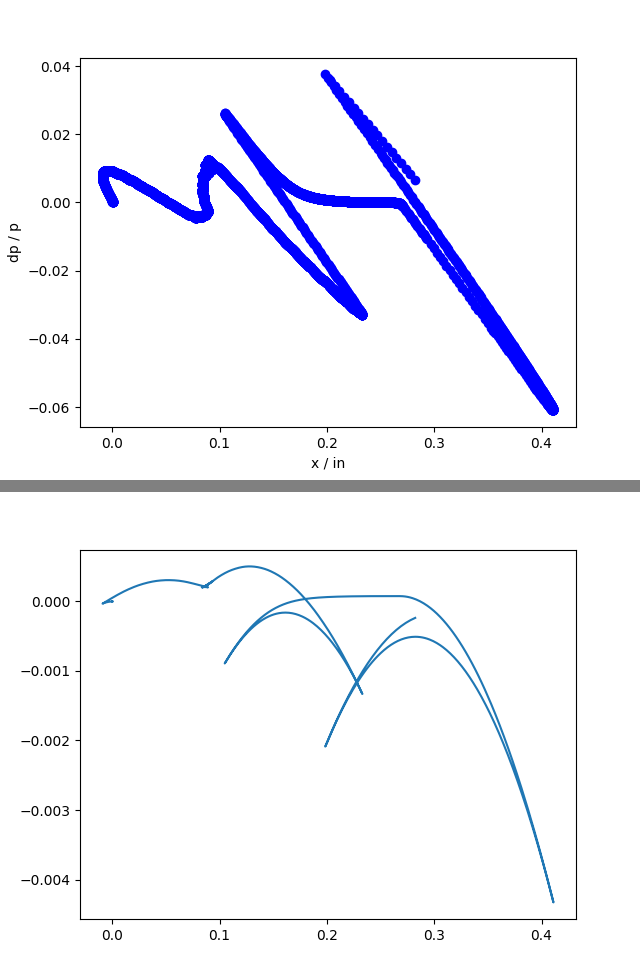
Repository: leiradom/Modified-linear-theory
Script's output: python 3_Shock_correction.py
These files come from the project's save history. The script's output is drawn as it stood at one moment and after the next save; the edit follows.
Each picture stacks the figures in order, with grey between them; figures that are only written to a file come last. Random numbers start from a fixed seed.

Above is the script's output before, as saved 2021-04-14 15:15:21.

### 3_Shock_correction.py
'''
激波修正
本程序用于修正激波的非线性扭曲效应，修正方法为HB方法
'''

import math
import numpy as np
import matplotlib.pyplot as plt

pressure = np.loadtxt("pressureDWB1.txt",dtype=np.float64)   #存放未修正的压力信号
a = len(pressure)                                              #未加点时的点数

X = np.ones(a,dtype=np.float64)     #存放x的数组 用于加点用的横坐标数组
Y = np.ones(a,dtype=np.float64)     #存放y的数组 用于加点用的纵坐标数组
X1 = np.zeros(1,dtype=np.float64)
Y1 = np.zeros(1,dtype=np.float64)
b0 = 20                             #每一个 较大的距离之间增加的点数
x0 = np.zeros(b0+1,dtype=np.float64)
y0 = np.zeros(b0+1,dtype=np.float64)

#先将未修正压力信号存入X,Y中
for i in range(0,a):
    c = pressure[i][0]
    d = pressure[i][1]
    #ca = cau[i][1]
    X[i] = c
    Y[i] = d
'''
#没问题
X0 = X
Y0 = Y
'''

#------------1先找出第一个强间断的地方,已经核实，l0没有问题
for i0 in range(0,a-1):
    if(math.sqrt((X[i0+1] - X[i0])**2 + (Y[i0+1] - Y[i0])**2) >0.3):   #1.3
    #if((X[i+1] - X[i]) * (Y[i+1] - Y[i])):
        #px = i0                            #记录此时的i
        #print(px,X[i0])
        l00 = math.sqrt((X[i0+1] - X[i0])**2 + (Y[i0+1] - Y[i0])**2)
        l0 = l00 / 20                     #判断是否要插值的距离 只要大于20倍的最大距离，就要增加点数
        #h0 = ((X[i0+1] - X[i0])/(b0))
        #k0 = ((Y[i0+1] - Y[i0])/(X[i0+1] - X[i0]))  #两点间的斜率
        '''
        #x0[0] = X[i0]
        #y0[0] = Y[i0]
        for j in range(1,b0):
            x0[j] = x0[j-1] + h0
            y0[j] = y0[j-1] + k0 * (x0[j] - x0[j-1])
            print(x0[j],y0[j])
        for k in range(1,b0):
            X = np.insert(X,i0+k,x0[k])
            Y = np.insert(Y,i0+k,y0[k])
        #print(Y[i0]+k0*h0)
        '''
        break
#------------print(l00) #检验是不是，验证了，就是

#print(l0)


#2---------------------给距离较大的地方都进行加点
for i in range(0,a-1):
    #li = math.sqrt((X[i+1] - X[i])**2 + (Y[i+1] - Y[i])**2)
    k0 = ((Y[i+1] - Y[i])/(X[i+1] - X[i]))  #两点间的斜率
    h0 = ((X[i+1] - X[i])/(b0))   #每一个都离散成b个点
    x0[0] = X[i]
    X1 = np.append(X1,x0[0])
    y0[0] = Y[i]
    Y1 = np.append(Y1,y0[0])
    for j in range(1,b0):
        x0[j] = x0[j-1] + h0
        X1 = np.append(X1,x0[j])
        y0[j] = y0[j-1] + k0 * (x0[j] - x0[j-1])
        Y1 = np.append(Y1,y0[j])
    #X1 = np.append(X1,x0)
    #Y1 = np.append(Y1,y0)
    #print(a)
    #p0 = i

a0 = (len(X1))

#-------积分部分----------
F = np.ones(a0, dtype=np.float64)
F[0] = 0
F[a-1] = 0
s = 0
for i in range(0,a0-1):
    #if(X[i+1]>X[i]):
    s0 = 0.5 * (X1[i+1] - X1[i]) * (Y1[i+1] + Y1[i])
    #s0 = (((Y0[j+1] + Y0[j]) * (X[j + 1] - X[j])) / (2))    #第(j+1)个梯形的面积
    s = s0 + s    #S为最后的积分
    F[i+1] = s    #是i+1不是i
    #print(X[i],Y[i])
    #if(X[i+1]<X[i])
#------积分部分-----------

#-------输出加点效果----------
print("加点前点数：",len(pressure),"加点后点数：",len(X))
#plt.scatter(X0,Y0,c='r')
plt.xlabel("x / in")
plt.ylabel("dp / p")
plt.plot(X1,Y1,'-o',c='b')
plt.show()

#--------积分图像作图---------
plt.plot(X1,F)
plt.show()

### pressureDWB1.txt
0.0007115032600000237 0.0
5.154679371188742e-05 0.0006033874920194954
-0.0018472419540954688 0.0017518117769489943
-0.0037804515977095665 0.002915379793204536
-0.0053113430238675985 0.003901943863145363
-0.006476433817975802 0.0047275703537594665
-0.00736462385255976 0.005431371394149529
-0.008234312480980388 0.006127032730793574
-0.008793838770986606 0.006686235071013718
-0.008945645022130466 0.007066056615283519
-0.008974369279842298 0.007391727262551626
-0.008980010479307299 0.007707242242176942
-0.008937523359841881 0.008001582683810878
-0.008844239288346767 0.008273574099515919
-0.008984047298016273 0.008648117248738022
-0.008801029092937784 0.008880629449800906
-0.00828384324761211 0.008966121676415492
-0.007751007085100459 0.009044727948612127
-0.00724774649296267 0.009136346290467858
-0.0067476597254134685 0.009229360988373911
-0.00610207482852454 0.009258362320846541
-0.005318059490853622 0.009226460228514043
-0.004708247221886341 0.009271199648484399
-0.004061335942763478 0.009299618305672417
-0.0032916184736572207 0.009274005824503889
-0.0025119255309360433 0.009244005853264608
-0.001750396110557717 0.009221995786489832
-0.0010093953225650543 0.0092090179379716
-0.0002952522937650359 0.009207856870707482
0.0005280470681789939 0.009158670936814564
0.001573148606245356 0.009011901344594843
0.0028001011004255005 0.008785123715243008
0.003990080038291155 0.00857461341383442
0.0049422926452781235 0.00846871124112648
0.005676724914224107 0.008458623278629477
0.0065333034840746596 0.00839479626245351
0.0076426241579539145 0.008219772375552258
0.008633742528097232 0.008096752341106602
0.009683457331327472 0.007947953536437515
0.010893203643739802 0.007728745939815432
0.012174374337350802 0.007478115348213648
0.013571686902486557 0.007176386532111425
0.014859941245572217 0.006922638537755352
0.016102386070846686 0.006689046221395772
0.01700505671092689 0.006604940535324971
0.01775226894880122 0.0065892290170360655
0.018716694889708063 0.006477953465227419
0.019913744890379337 0.006264333058536409
0.021269258970583182 0.005980992586411897
0.02282623627637481 0.005609018541659024
0.02425543970934263 0.005293259457453572
0.025375272446384378 0.005113611122592955
0.02646982206955606 0.004945085028098584
0.027777659271105093 0.004682722238115879
0.02917468012049529 0.004381122645210151
0.030378290437268918 0.00416461376166545
0.03136544817222109 0.004043337568388731
0.03243099782293335 0.0038875716233418133
0.03383698187593209 0.0035820268190156898
0.035027869907481635 0.003371116992657237
0.03603764120765096 0.003239891733914328
0.037231526958667494 0.0030276630307251064
0.03865112761978318 0.0027161274627011673
0.04030013132533661 0.0023036650378050446
0.04157826454535252 0.0020543708132625617
0.0430344730702974 0.00172672924734252
0.04442463658828788 0.0014281461663974866
0.04542403729475952 0.001301483554660103
0.046339889126749356 0.0012115786706313255
0.04742581317701455 0.0010468474836938075
0.04882959886057725 0.0007422711939925844
0.050505690130781544 0.0003178913225797754
0.051975972666446046 -1.5942245913822584e-05
0.05304161264805718 -0.0001717479329482429
0.05394966105327448 -0.000258219180920912
0.054967996461223634 -0.00039321450482021034
0.05626516343680754 -0.0006508823816076396
0.0578306731352608 -0.001026610778291447
0.05901761473846012 -0.0012357838938437083
0.06021733948837016 -0.001450583283165444
0.06168138277395829 -0.0017816700709928628
0.06311887944605388 -0.0021010778491666183
0.06429234524792304 -0.0023043239102233334
0.06526169899553802 -0.002417767500157436
0.06644469104740247 -0.0026252034108351007
0.06783342446795393 -0.0029231586259079487
0.06902318886870007 -0.0031335740995929264
0.07039123513747725 -0.003422426034329639
0.07160458229234867 -0.0036432187377291904
0.07239104040014821 -0.003676193791509071
0.07299724948213504 -0.003629869553145695
0.07361503159631178 -0.0035886369866965843
0.07483561215040824 -0.003812608577158832
0.07643775156628785 -0.004204454346288843
0.07769813008146531 -0.00444593852973972
0.07823860757386791 -0.004370691937685409
0.07832786408524217 -0.0040969292163357904
0.07855260691477917 -0.0038827755033527755
0.07931156489285218 -0.003903651158501158
0.08042398884293345 -0.004080041682860692
0.08148555435800686 -0.004234053007520243
0.08234574641497228 -0.004299471133577316
0.08328329388507838 -0.004398922551691739
0.08393245821382167 -0.004371493826465294
0.08406752575865706 -0.004117886570017566
0.08416973194078248 -0.0038498211865635548
0.08468352333983253 -0.0037628337793281855
0.08551841276334149 -0.003817119757300389
0.0861044121379334 -0.003761904494858006
0.08677295202273838 -0.0037430002404016238
0.08738554071237947 -0.0036994827745922797
0.0875492025022303 -0.003458455403881873
0.08745908633390698 -0.0031057727882358543
0.0876488102550077 -0.002876211714303639
0.08829982458712515 -0.0028496004363495918
0.0890681420155427 -0.0028745943157751177
0.08930484444020281 -0.0026657019069969597
0.0889648413894738 -0.0022030821237771026
0.08821432847570587 -0.0015598513176559076
0.08711039729846415 -0.0007611341114942156
0.08593917509597537 6.71919777233021e-05
0.08534888714982602 0.0006399271180663534
0.08524254421752386 0.0009997457820144049
0.08522222445280658 0.0013217207678768363
0.08522501217219236 0.0016335258640109002
0.08499957254880308 0.0020457423150855546
0.08431241259078315 0.0026611003511170035
0.08349402711377463 0.0033341892943825058
0.08358830787724758 0.0036057411055269626
0.08416244538988449 0.0036661790730844446
0.08449359461099792 0.0038335182238504184
0.0848813301128516 0.003975962111215997
0.08501094506139373 0.00423197181192609
0.08443279590899833 0.004799366367864228
0.08377423675013096 0.005402137674959175
0.08424591574890994 0.005507652856263278
0.08480593540463921 0.005574298597285172
0.0844998397743345 0.006022003549566481
0.08461198819292115 0.006285694746089625
0.0850122556514783 0.0064226246330961615
0.08476380250520066 0.006844985473279818
0.0842006071602307 0.007405800511274589
0.08409732335941522 0.007764272839596025
0.08456751459042156 0.007870439059615392
0.08527519050598464 0.00787212150402628
0.08623727658777491 0.007761873636930238
0.08719903818249441 0.0076517685311846845
0.08772690063730759 0.007732561716228966
0.08773668414571578 0.008041288944618565
0.0874045967776611 0.008500425703669228
0.08687366724052659 0.00904704507497505
0.08670717428064012 0.00943332690859197
0.08717610153624644 0.009540049227301645
0.08880942853562779 0.009134482167123186
0.09042200927726385 0.008738042631706992
0.08931475365624575 0.009538222460345637
0.08642445940939758 0.011122868066345935
0.08790925317570919 0.010782649696014135
0.09025082060338252 0.01006548513587665
0.0905743222174703 0.010236188928273682
0.0917279059089946 0.010041689761678758
0.09340936828383961 0.009614945058916049
0.09252807634478966 0.010315709892914264
0.0893907381939445 0.012009044949262944
0.08891656397021941 0.01253069424958536
0.08982628840924822 0.012443483413879316
0.09167091136231509 0.011944954573647304
0.09457782262924919 0.010979061305159032
0.09690545300941467 0.01026802848925234
0.09780482340410634 0.01018541701549996
0.09807984875681408 0.010377448426668842
0.10028854055179093 0.009718743837608552
0.1026761765479528 0.008981310947403575
0.10566992119143281 0.007977214461527698
0.1099464641160448 0.006408737969392603
0.11356676228902352 0.005128982956294359
0.11542458027952618 0.004624648826625856
0.117493411230149 0.004027477422769335
0.12187271489530593 0.002413790309256803
0.12888500835366912 -0.0003583071465731166
0.13355862619334224 -0.0021014807413967346
0.13664933753893715 -0.003148238703165996
0.13962542778817622 -0.00414456796072641
0.14233274437745702 -0.005022647543243984
0.14829922488506886 -0.007334629072530733
0.15062763451927708 -0.008046004729091304
0.1526919051795389 -0.008641169787335673
0.157449843042197 -0.010421440824368283
0.16106502044701 -0.011698942904006963
0.16318155235130305 -0.012317100822210266
0.1652677880410257 -0.01292192961609184
0.16768815432262285 -0.01367376252457751
0.16991089901712175 -0.014338649828127607
0.17433296723015046 -0.015971151634605146
0.17754106979767215 -0.01706955704519019
0.17903467476768642 -0.01741365199321474
0.1814098916627126 -0.01814562097496284
0.18408300500704067 -0.019008652495844797
0.18474077516971288 -0.018985013513493892
0.18916857112179952 -0.020619991300374264
0.19277750534764004 -0.021894746630629642
0.19413946470248467 -0.022180922766159388
0.19570872740252454 -0.022558304093479444
0.1971182759960678 -0.022865417593230585
0.19850139576150283 -0.02316090346423247
0.20064631690159251 -0.023791551512265405
0.20504106067178485 -0.025412031655285994
0.20622649359459377 -0.02562054321152636
0.20896786778534693 -0.026513606778365322
0.2122719885230976 -0.027654256348700196
0.21359685266632422 -0.027924112072772414
0.21530360762938583 -0.02836198450411557
0.2178883613492234 -0.02918614131947561
0.21737871474480686 -0.028648885588484226
0.22106829379966852 -0.029959121422398902
0.22414047798562786 -0.03099772817393897
0.2252596619100492 -0.031177092817001692
0.22638269223959717 -0.031358149724687305
0.22742622327365603 -0.031504230117712896
0.22982404008132595 -0.03224614215834017
0.23105758682273725 -0.03247582187300678
0.23308438459509195 -0.033054500357311584
0.23145093616476664 -0.03202281670973403
0.2216273961683367 -0.027387819901132714
0.20204470776349648 -0.018459187592051264
0.17731433598921054 -0.0072657802088215324
0.1561861089090627 0.0023428273855979516
0.14015210486240137 0.009710180318382087
0.1219865128219787 0.01801534682868325
0.10671198541976956 0.025048560372871193
0.10484129213096494 0.02618466627816806
0.11254926766611584 0.023106496495436193
0.12197850436780044 0.019271040549922177
0.12970163535561008 0.016186202973358505
0.13538224031133328 0.013999995268481598
0.1394162539961713 0.012538221954761172
0.14318166866473925 0.011194621479836556
0.146935414701714 0.009856154736745261
0.15001757624069667 0.008813158348389605
0.15246133040549392 0.008051035705453062
0.1546417348034258 0.007404776441239296
0.1567288205621845 0.006799573650935262
0.15867094528003067 0.006258147928609027
0.16045983072910264 0.005784141363871343
0.1621293005540091 0.005362672904075996
0.16369757903477689 0.004985724593924062
0.16517929121328867 0.00464686199913968
0.16658634450801146 0.004340846331202516
0.16792855265994977 0.004063359936050353
0.16921408664308013 0.0038108079114980444
0.17044980957909173 0.003580170758128618
0.17164153082536393 0.003368892590732197
0.17279420195442585 0.0031747949151711484
0.17391206997023756 0.0029960092193367653
0.17499879847801136 0.002830923663266978
0.17605756448059606 0.0026781404926039874
0.17709113640294383 0.00253644171094517
0.1781019374992957 0.0024047611832136587
0.1790922355714909 0.0022821451631866575
0.18006363202747588 0.002167801103319196
0.18101793198025684 0.002060978821994243
0.18195661464234647 0.0019610275247887543
0.1828809987521115 0.001867367019494381
0.18379226353865075 0.0017794784924081495
0.18469146648892487 0.0016968966915055454
0.18557955847325325 0.0016192032718257028
0.18645739667703587 0.0015460211060302224
0.18732575570154697 0.001477009400497492
0.18818533712944452 0.0014118594868806152
0.1890367777971752 0.0013502911825793375
0.18988065697366763 0.0012920496324024425
0.19071750261025444 0.0012369025588508443
0.19154779679890444 0.0011846378607140446
0.19237198055316374 0.0011350615096466046
0.19319045800768586 0.001087995702542829
0.19400360011701323 0.001043277234220747
0.19481174792172895 0.0010007560604457283
0.19561521543970872 0.0009602940258947005
0.19641429223157003 0.0009217637354618047
0.1972092456821969 0.0008850475504778489
0.19800032303419346 0.0008500366940723064
0.1987877532040344 0.000816630452139859
0.1995717484074021 0.0007847354582563831
0.20035250561658347 0.0007542650524832206
0.2011302078697158 0.0007251387053507155
0.20190502544906452 0.0006972814994635385
0.20267711694327273 0.0006706236621532
0.20344663020661458 0.0006451001434444643
0.20421370322664434 0.0006206502343250392
0.20497846491021365 0.0005972172209289094
0.20574103579661862 0.000574748070780561
0.20650152870557614 0.0005531931477105553
0.20726015580158375 0.0005325031038202334
0.2080168029755044 0.0005126401505603095
0.20877166996572083 0.0004935604070263933
0.20952484411098038 0.0004752254476579785
0.21027640750480836 0.00045759915458284516
0.21102643737059157 0.0004406475525954476
0.2117750064054863 0.0004243386578505802
0.21252218309610715 0.0004086423389733418
0.2132680320086321 0.0003935301894241851
0.21401261405568917 0.00037897541007991456
0.21475598674213836 0.00036495270109886645
0.21549820439165435 0.00035143816223396344
0.2162393183558159 0.0003384092008418063
0.2169793772072396 0.00032584444691100434
0.21771842691814836 0.00031372367449969407
0.21845651102562258 0.00030202772903163916
0.21919367078466478 0.0002907384599534186
0.2199299453101039 0.0002798386583025004
0.22066537170826417 0.00026931199877846667
0.22139998519923754 0.0002591429859475956
0.2221338192305261 0.0002493169042449862
0.22286690558274536 0.0002398197714691499
0.22359927446802097 0.0002306382954913446
0.2243309546216551 0.0002217598339267167
0.22506197338758038 0.00021317235653669624
0.2257923567980905 0.00020486441015207219
0.22652212964827323 0.0001968250859245979
0.22725131556555322 0.0001890439887310937
0.22797993707470765 0.00018151120856924863
0.22870811795159207 0.00017421628501227343
0.22943567403644305 0.00016715224898890136
0.23016272726340203 0.0001603094503528582
0.2308892963173198 0.0001536796685161428
0.23161539904839124 0.00014725505010598175
0.232341052516159 0.00014102808960489576
0.23306627303083471 0.0001349916111714413
0.23379107619212036 0.0001291387515597627
0.2345154769257055 0.00012346294406247426
0.2352394895175972 0.00011795790340720353
0.2359631276464268 0.00011261761154239158
0.23668640441387312 0.0001074363042528682
0.23740933237332207 0.00010240845855014131
0.23813192355688317 9.752878078652261e-05
0.2388541895008679 9.279219544578307e-05
0.23957614126982907 8.819383456664142e-05
0.2402977894792545 8.3729027758561e-05
0.24101914431699945 7.93932927720591e-05
0.24174021556353897 7.518232658866835e-05
0.2424610126111134 7.109199699798542e-05
0.24318154448183338 6.711833463150563e-05
0.2439018198448134 6.325752542528379e-05
0.24462184703238743 5.950590348504422e-05
0.2453416340554676 5.585994432943445e-05
0.24606118861809378 5.2316258488674115e-05
0.2467805181312238 4.887158543736704e-05
0.24749962972580886 4.5522787841644335e-05
0.2482185302651979 4.226684610226889e-05
0.24893722635690663 3.9100853176285915e-05
0.24965582533371522 3.6021582933149084e-05
0.25037413135802333 3.30272040833169e-05
0.2510922513319688 3.0114679961803785e-05
0.25181019094597523 2.7281507009574226e-05
0.25252795568518926 2.4525271981271225e-05
0.25324555083814293 2.1843648133788054e-05
0.2539629815049972 1.9234391600128578e-05
0.25468025260538585 1.669533793812737e-05
0.25539736888588227 1.4224398844717313e-05
0.2561143349271152 1.1819559026500197e-05
0.25683115515054256 9.47887321839108e-06
0.25754783382491164 7.2004633422507134e-06
0.2582643750724144 4.982515798194478e-06
0.2589807828745595 2.823278881367939e-06
0.2596970610777737 7.21060317852296e-07
0.2604132133987448 -1.3257750867643538e-06
0.2611292434295248 -3.318807691821516e-06
0.2618451546424002 -5.259565164622591e-06
0.26256095039454397 -7.1495245272227684e-06
0.2632766339324605 -8.990114111890329e-06
0.26399220839623305 -1.0782715429831006e-05
0.26470767682358376 -1.2528664957562833e-05
0.265423042153757 -1.4229255845002775e-05
0.2661383072312312 -1.58857395492062e-05
0.2668534748092727 -1.7499327397385223e-05
0.2675685475533355 -1.907119208265118e-05
0.27064369300501634 -0.0010589807822615988
0.2935806631492296 -0.010837299917547448
0.3530270602593931 -0.03667830866088309
0.3934008760704647 -0.0541281434283213
0.405242892702813 -0.05902512617224081
0.409947725615868 -0.06078198915655633
0.41109800077859393 -0.060975032702629044
0.4102790697623263 -0.060301704183839434
0.408310854284868 -0.059122736406765256
0.4050438396533399 -0.057372348878445
0.4002430152077646 -0.05494714629526778
0.3938646677679082 -0.051827896603919565
0.3868163984672054 -0.04841390805177088
0.3795997928403646 -0.044925858239799214
0.3715619733056724 -0.04107650710924125
0.3619283732587967 -0.036525076291875576
0.35003665115439964 -0.030980161962953227
0.33658016174314664 -0.024746812518840196
0.321926912287838 -0.017986936456248326
0.3046882979908673 -0.010089603127786098
0.2823020367171293 7.248926349965694e-05
0.2500240734878484 0.014586535421559247
0.19852551032444798 0.0375568778427785
0.28671839249773956 0.005000545324715231

After the next save:
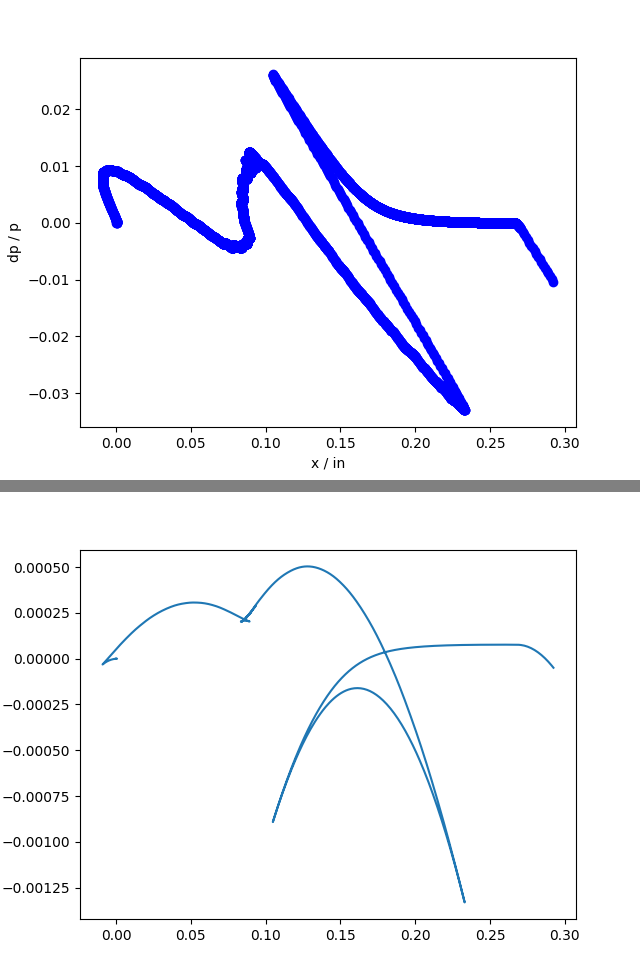
Saved 18 h 42 min later.
--- a/pressureDWB1.txt
+++ b/pressureDWB1.txt
@@ -376,25 +376,3 @@
 0.2675685475533355 -1.907119208265118e-05
 0.27064369300501634 -0.0010589807822615988
 0.2935806631492296 -0.010837299917547448
-0.3530270602593931 -0.03667830866088309
-0.3934008760704647 -0.0541281434283213
-0.405242892702813 -0.05902512617224081
-0.409947725615868 -0.06078198915655633
-0.41109800077859393 -0.060975032702629044
-0.4102790697623263 -0.060301704183839434
-0.408310854284868 -0.059122736406765256
-0.4050438396533399 -0.057372348878445
-0.4002430152077646 -0.05494714629526778
-0.3938646677679082 -0.051827896603919565
-0.3868163984672054 -0.04841390805177088
-0.3795997928403646 -0.044925858239799214
-0.3715619733056724 -0.04107650710924125
-0.3619283732587967 -0.036525076291875576
-0.35003665115439964 -0.030980161962953227
-0.33658016174314664 -0.024746812518840196
-0.321926912287838 -0.017986936456248326
-0.3046882979908673 -0.010089603127786098
-0.2823020367171293 7.248926349965694e-05
-0.2500240734878484 0.014586535421559247
-0.19852551032444798 0.0375568778427785
-0.28671839249773956 0.005000545324715231
